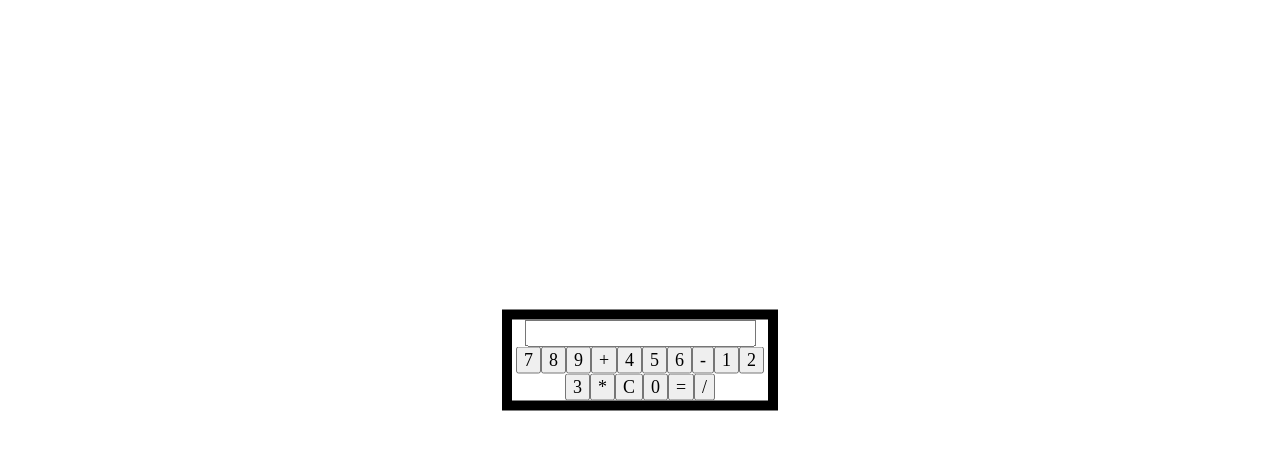
Repository: rajratangm/xcalculator
Page: /
An editor plug-in stored every save of this project. The page is shown before and after a run of saves, followed by the edit.
The browser window is 1280 px wide. The pictures show the whole page.
The project was rebuilt for these pictures with package versions that can differ from the ones it lists, and the page was loaded fresh each time. Also part of the build but not shown: vite.config.js.

Above is the page before, as saved 2024-04-03 11:05:44.

After the next 2 saves:
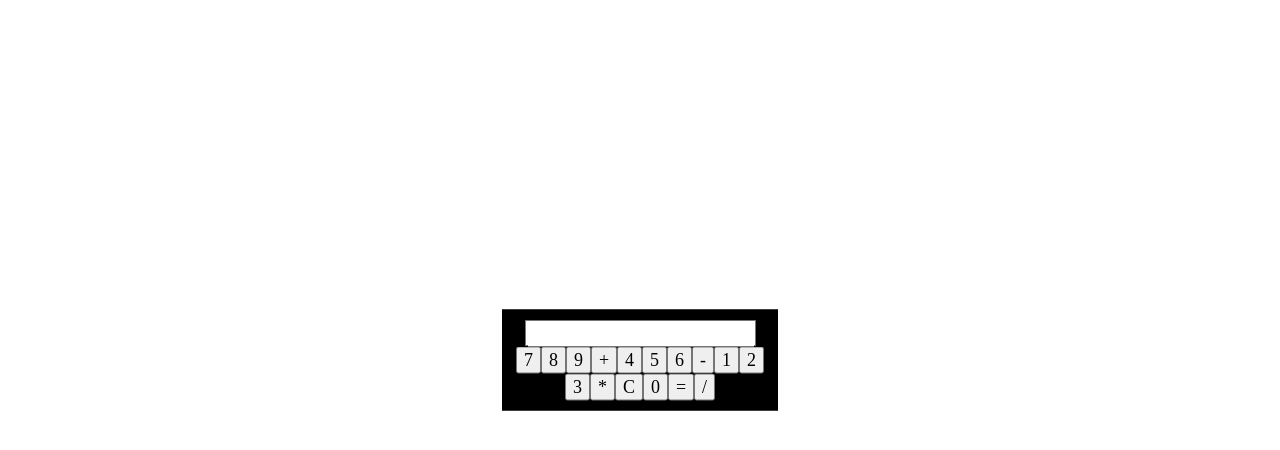
The 2 saves are shown as one change because they came seconds apart.
The last was saved 10 s later.
--- a/src/App.css
+++ b/src/App.css
@@ -20,7 +20,7 @@ body{
   width: 256px;
   text-align: center;
   border: 10px solid black;
-  background-color:
+  background-color: black
 
 
 }
